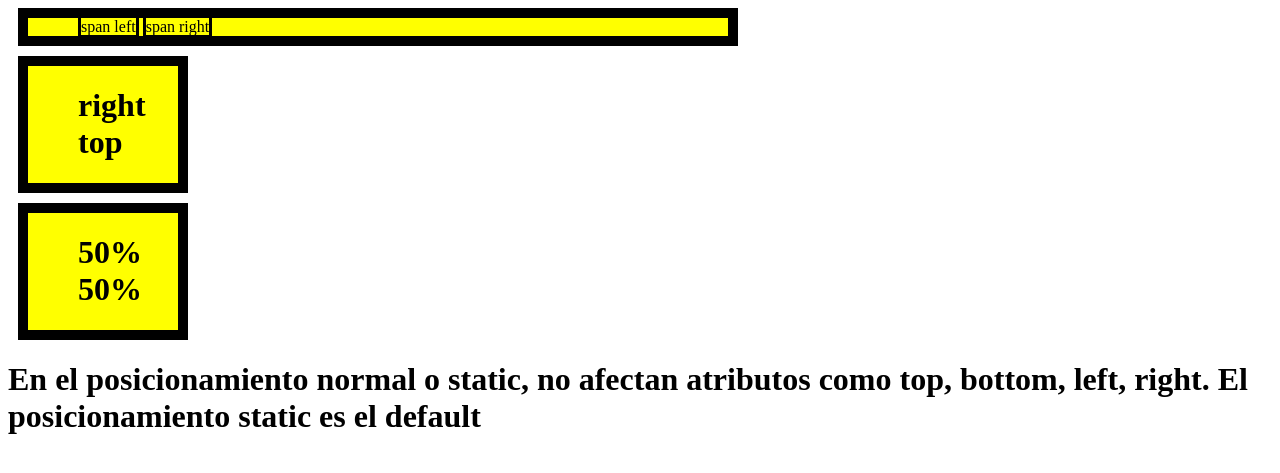
Repository: antonio63j/misNotas
Page: software/CSS/Demos/aptana_proyect/src/static-normal.html
An editor plug-in stored every save of this project. The page is shown before and after the next save, followed by the edit.
The browser window is 1280 px wide. The pictures show the whole page.

Above is the page before, as saved 2017-04-23 16:03:27.

### software/CSS/Demos/aptana_proyect/src/static-normal.html
<!DOCTYPE html>
<html>
<head>
<style>


#caja0 {
  position:static;

  bottom:7px;
  width: 300px;
  padding-left:  50px;
  padding-right: 50px;
  margin-left:   10px;
  margin-right:  10px;
  border: 10px solid black;
  margin-bottom:10px;
  background-color:cian;
}


#caja1 {
  position:static;
  bottom:1px;
  left:20px;
  width: 600px;
  padding-left:  50px;
  padding-right: 50px;
  margin-left:   10px;
  margin-right:  10px;
  border: 10px solid black;
  margin-bottom:10px;
  background-color:yellow;
}

#caja2 {
  position:static;
  top:-110px;
  width: 50px;
  padding-left:  50px;
  padding-right: 50px;
  margin-left:   10px;
  margin-right:  10px;
  border: 10px solid black;
  margin-bottom:10px;
  background-color:yellow;
}

#caja1 span {
	  border: 3px solid black;
}

#caja3 {
  position:static;
  top:210px;
  left:100px;
  width: 50px;
  padding-left:  50px;
  padding-right: 50px;
  margin-left:   10px;
  margin-right:  10px;
  border: 10px solid black;
  margin-bottom:10px;
  background-color:yellow;
}


</style>
</head>



<body>

<div id="caja1"><span>span left</span> <span>span right</span></div>
<div id="caja2"><h1>right top</h1></div>
<div id="caja3"><h1>50% 50%</h1></div>

<h1> En el posicionamiento normal o static, no afectan atributos como top, bottom, left, right. El posicionamiento static es el default</h1>
</body>
</html>

After the next save:
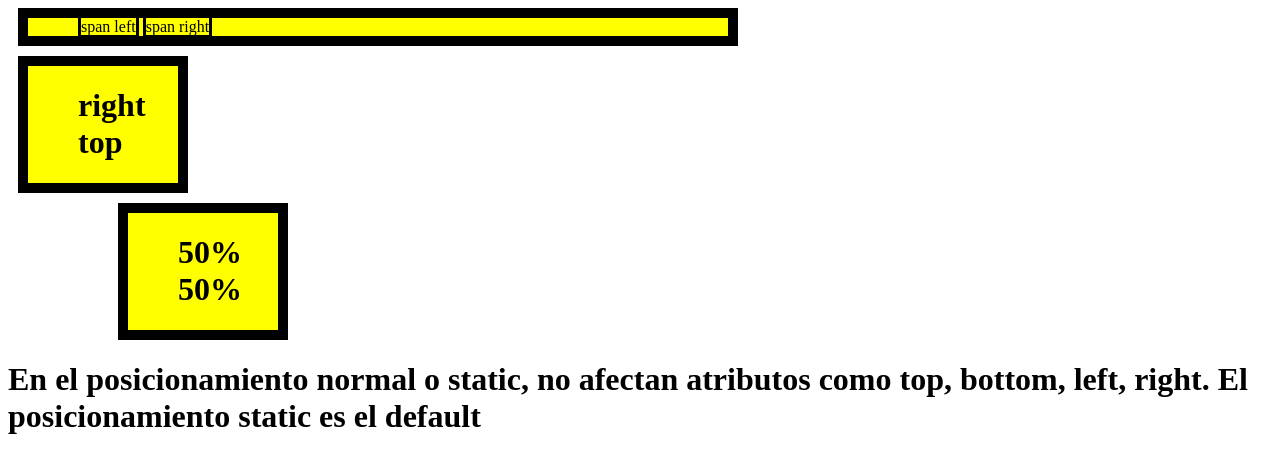
Saved 36 s later.
--- a/software/CSS/Demos/aptana_proyect/src/static-normal.html
+++ b/software/CSS/Demos/aptana_proyect/src/static-normal.html
@@ -57,8 +57,8 @@
   width: 50px;
   padding-left:  50px;
   padding-right: 50px;
-  margin-left:   10px;
-  margin-right:  10px;
+  margin-left:   110px;
+  margin-right:  110px;
   border: 10px solid black;
   margin-bottom:10px;
   background-color:yellow;
